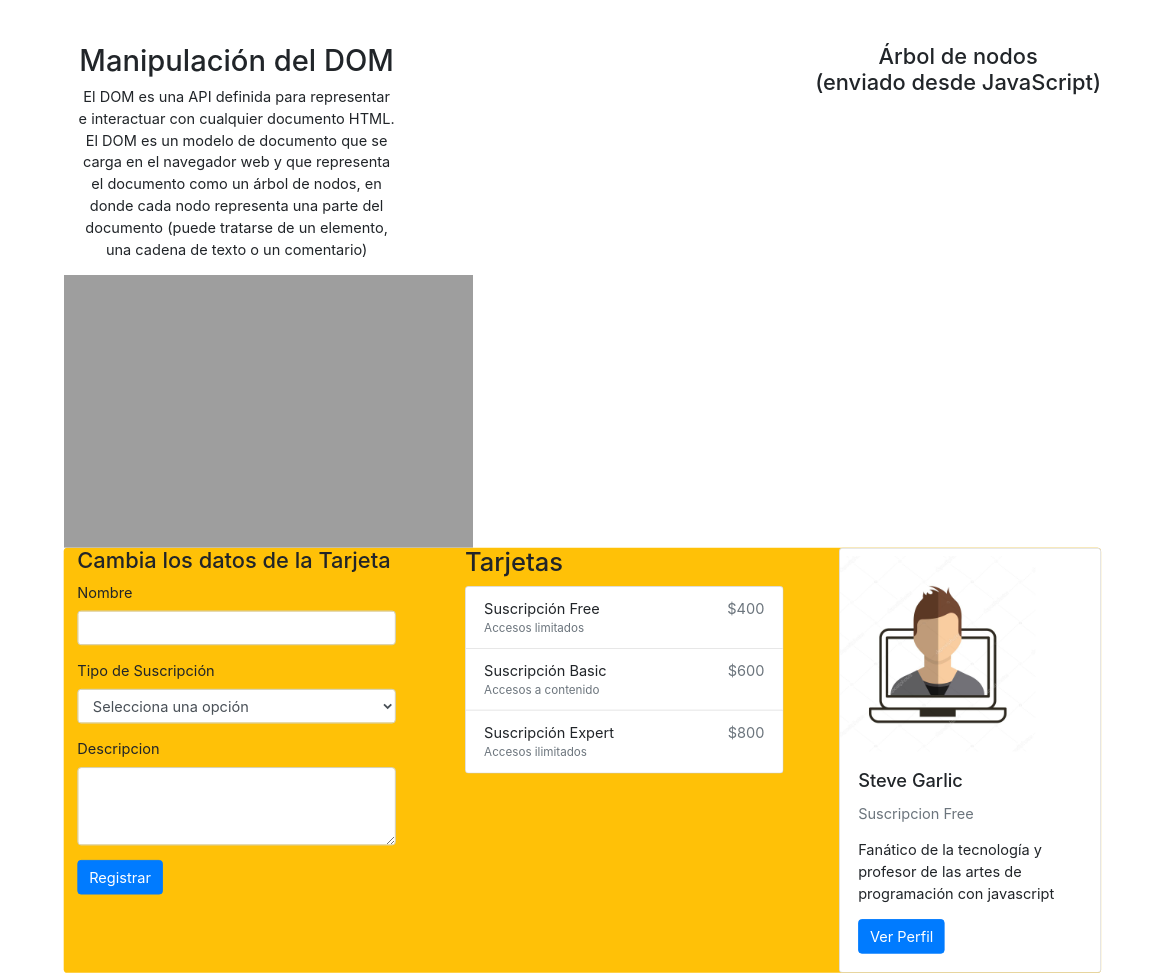
Repository: pedro-donoso/manipulacion-dom
Page: index.html
The author's editor kept a copy of each file at every save. The page is drawn from the files as they stood at one save, then again after the next save.
The browser window is 1280 px wide. The pictures show the whole page, at 91% of full size.
Pictures or frames that could not be fetched are drawn as grey boxes.

Above is the page before, as saved 2024-02-06 14:35:16.

After the next save:
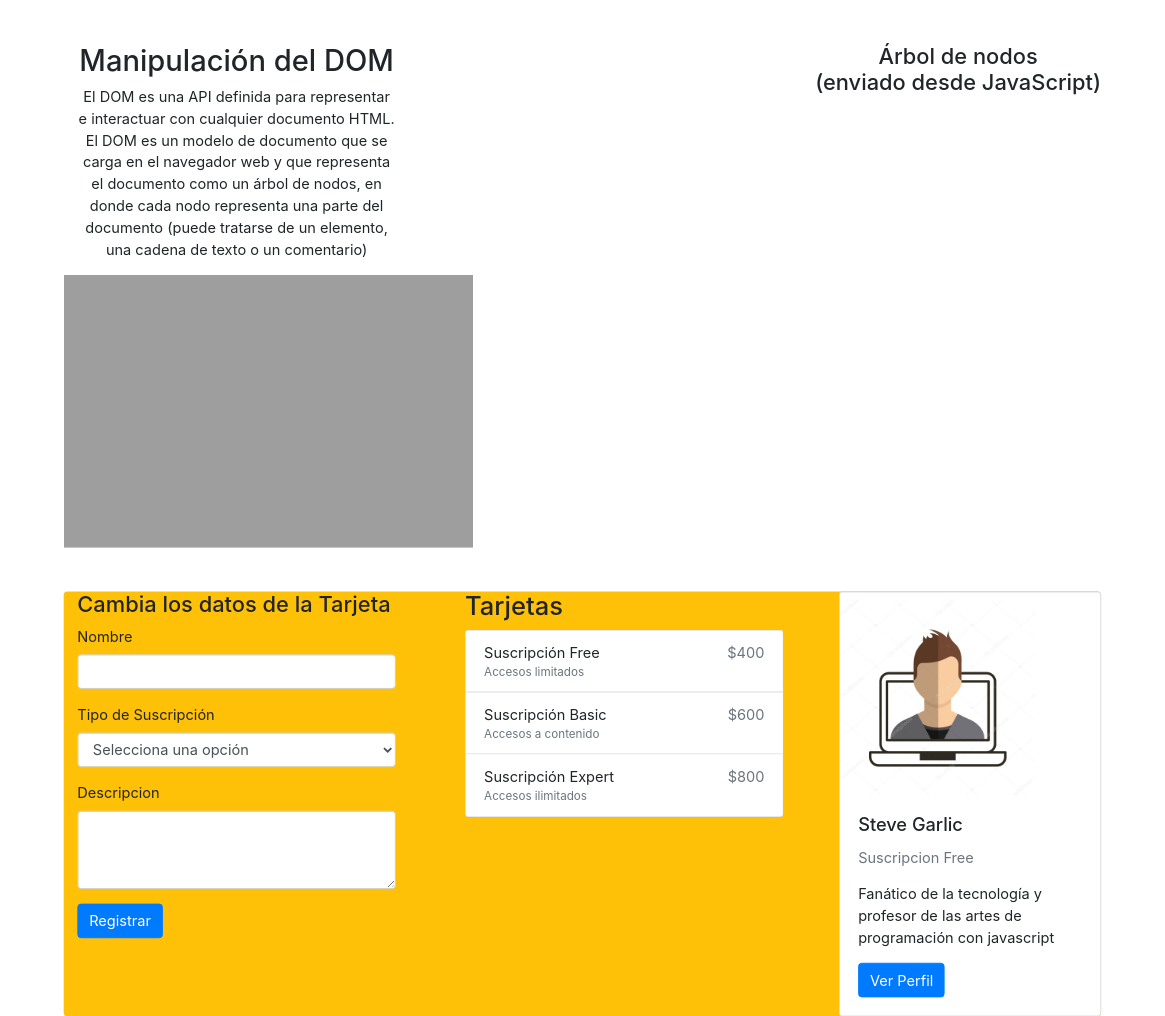
Saved 4 s later.
--- a/index.html
+++ b/index.html
@@ -30,7 +30,7 @@
                 </p>
             </div>
         </div>
-        <div class="row justify-content-between bg-warning rounded ">
+        <div class="row justify-content-between bg-warning rounded mt-5">
             <div class="col-4 col-md-4">
                 <h4>Cambia los datos de la Tarjeta</h4>
                 <!-- 15- AGREGO id PARA ESCUCHAR EVENTO CLICK -->
